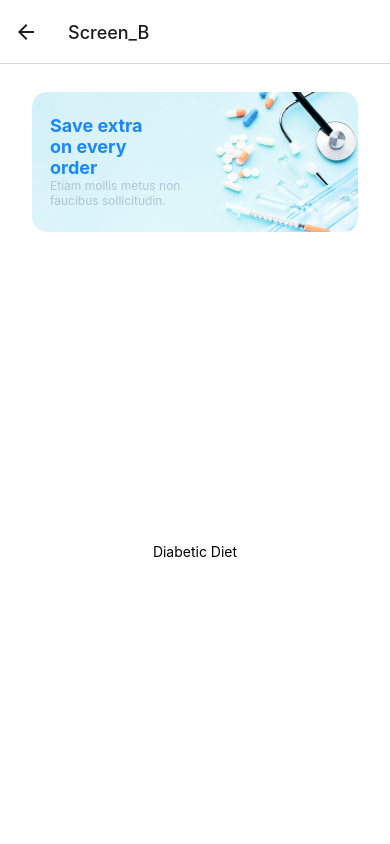
Repository: ntu34543/designReactNative
Screen: /Screen_B
These files come from the project's save history. The screen is drawn as it stood at one moment and after the next save; the edit follows.
The app was drawn by React Native's web renderer in a window 390 px wide. The project was rebuilt for these pictures with package versions that can differ from the ones it lists, and the page was loaded fresh each time.

Above is the screen before, as saved 2022-10-18 16:51:33.

### App.js
import { StatusBar } from "expo-status-bar";
import { StyleSheet, Text, View, Pressable, TabBarIOSItem } from "react-native";
import { NavigationContainer } from "@react-navigation/native";
import { createStackNavigator } from "@react-navigation/stack";
import ScreenA from "./page/Home";
import ScreenB from "./page/DiabetesCare";
import FontAwesome5 from "react-native-vector-icons/FontAwesome5";

const Stack = createStackNavigator();
const Tab = createStackNavigator();
export default function App() {
  return (
    <NavigationContainer>
      <Tab.Navigator
        // screenOptions={{ header: () => null }}
        screenOptions={({ route }) => ({
          tabBarIcon: ({ focused, size, color }) => {
            let iconName;
            if (route.name === "Screen_A") {
              iconName = "autoprefixer";
              size = focused ? 25 : 20;
              // color = focused ? "#f0f" : "#555";
            } else if (route.name === "Screen_B") {
              iconName = "btc";
              size = focused ? 25 : 20;
              // color = focused ? "#f0f" : "#555";
            }
            return <FontAwesome5 name={iconName} size={size} color={color} />;
          },
        })}
        tabBarOptions={{
          activeTintColor: "#f0f",
          inactiveTintColor: "#555",
          inactiveBackgroundColor: "#999",
          showLabel: true,
          labelStyle: { fontSize: 14 },
        }}
      >
        <Tab.Screen
          name="Screen_A"
          component={ScreenA}
          options={{ tabBarBadge: 3 }}
        />
        {/* options={{header: () => null}} */}
        <Tab.Screen name="Screen_B" component={ScreenB} />
      </Tab.Navigator>
    </NavigationContainer>
  );
}

### page/Home.js
import { StatusBar } from "expo-status-bar";
import { StyleSheet, Text, View, Pressable } from "react-native";

export default function ScreenA({ navigation }) {
  const onPressHandler = () => {
    navigation.navigate("Screen_B");
    // navigation.replace("Screen_B");
  };
  return (
    <View style={styles.body}>
      <Text style={styles.text}>Screen A</Text>
      <Pressable
        onPress={onPressHandler}
        style={({ pressed }) => ({
          backgroundColor: pressed ? "#ddd" : "#0f0",
        })}
      >
        <Text style={styles.text}>Go to the Screen B</Text>
      </Pressable>
    </View>
  );
}

const styles = StyleSheet.create({
  body: {
    flex: 1,
    justifyContent: "center",
    alignItems: "center",
  },
  text: {
    fontSize: 30,
    fontWeight: "bold",
  },
});

### page/DiabetesCare.js
import { StatusBar } from "expo-status-bar";
import { StyleSheet, Text, View, Pressable, Image } from "react-native";

export default function ScreenB({ navigation }) {
  const onPressHandler = () => {
    navigation.navigate("Screen_A");
    // navigation.goBack();
  };
  return (
    <View style={styles.body}>
      <View style={styles.banner}>
        <View style={styles.imgHeader}>
          <Image
            style={styles.image}
            source={require("../assets/img/banner.png")}
          />
        </View>
        <View style={styles.title}>
          <Text style={styles.title1}>Save extra on every order</Text>
          <Text style={styles.title2}>Etiam mollis metus non faucibus sollicitudin. </Text>
        </View>
      </View>
      <View style={styles.topPro}>
        <Text style={styles.title3}>Diabetic Diet</Text>
      </View>
    </View>
  );
}

const styles = StyleSheet.create({
  body: {
    flex: 1,
    backgroundColor: "white",
  },
  text: {
    fontSize: 30,
    fontWeight: "bold",
  },
  banner: {
    justifyContent: "center",
    alignItems: "center",
    // marginTop: 100,
    flex: 1,
  },
  imgHeader: {
    position: "absolute",
  },
  title: {
    position: "absolute",
    paddingRight: 120,
  },
  title1: {
    color: "#1987FB",
    fontSize: 18,
    width: 110,
    fontWeight: "bold",
  },
  title2: {
    fontSize: 12,
    width: 170,
    fontWeight: "light",
    color: "#b0c4d4",
  },
  image: {
    borderRadius: 15,
  },
  topPro: {
    flex: 3,
    justifyContent: "center",
    alignItems: "center",
  },
  title3: {
    position: "relative",
  }
});

After the next save:
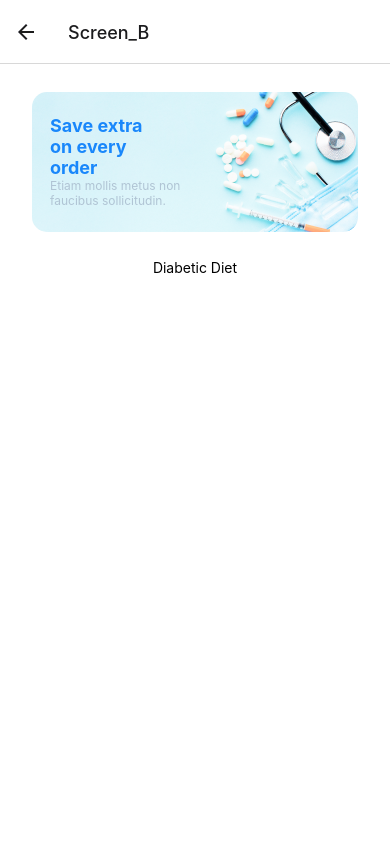
Saved 5 s later.
--- a/page/DiabetesCare.js
+++ b/page/DiabetesCare.js
@@ -66,7 +66,7 @@ const styles = StyleSheet.create({
   },
   topPro: {
     flex: 3,
-    justifyContent: "center",
+    // justifyContent: "center",
     alignItems: "center",
   },
   title3: {
